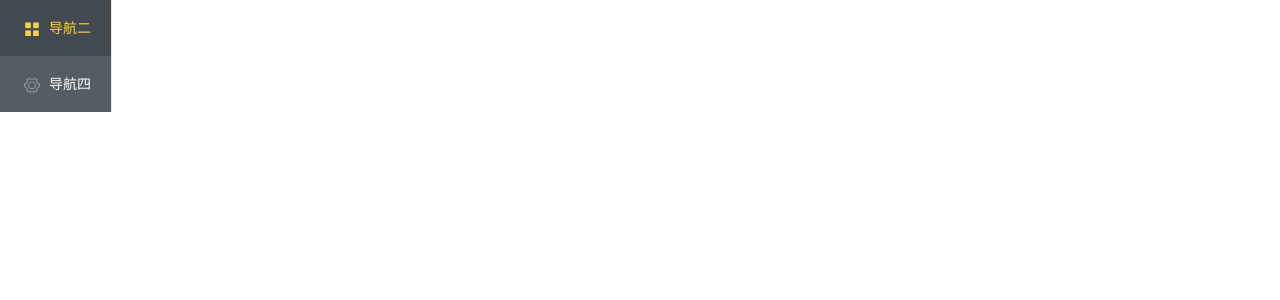
Repository: wujingwenwu/-vue-2.0
Page: /
An editor plug-in stored every save of this project. The page is shown before and after a run of saves, followed by the edit.
The browser window is 1280 px wide. The pictures show the whole page.
The project was rebuilt for these pictures with package versions that can differ from the ones it lists, and the page was loaded fresh each time. Also part of the build but not shown: src/views/Home.vue.

Above is the page before, as saved 2020-09-29 10:16:12.

After the next 2 saves:
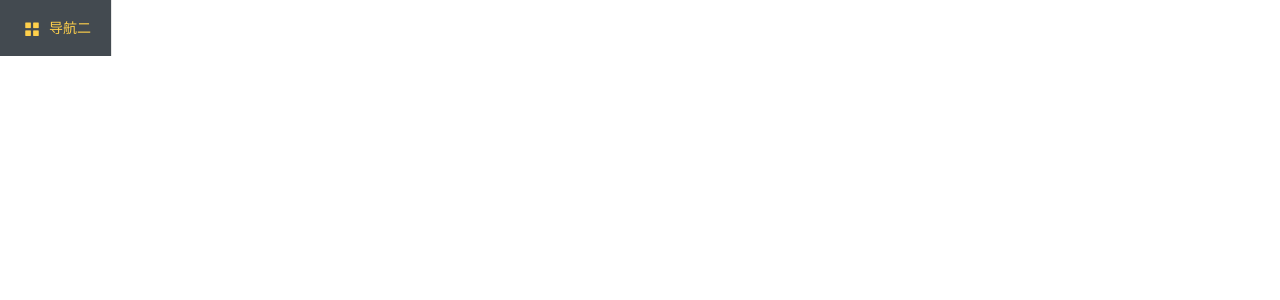
The 2 saves are shown as one change because 1 did not build or start.
The last was saved 44 s later.
--- a/src/views/layout/layout.vue
+++ b/src/views/layout/layout.vue
@@ -12,10 +12,6 @@
       <el-menu-item index="2">
         <i class="el-icon-menu"></i>
         <span slot="title">导航二</span>
-      </el-menu-item>
-      <el-menu-item index="4">
-        <i class="el-icon-setting"></i>
-        <span slot="title">导航四</span>
       </el-menu-item>
     </el-menu>
     <router-view></router-view>
